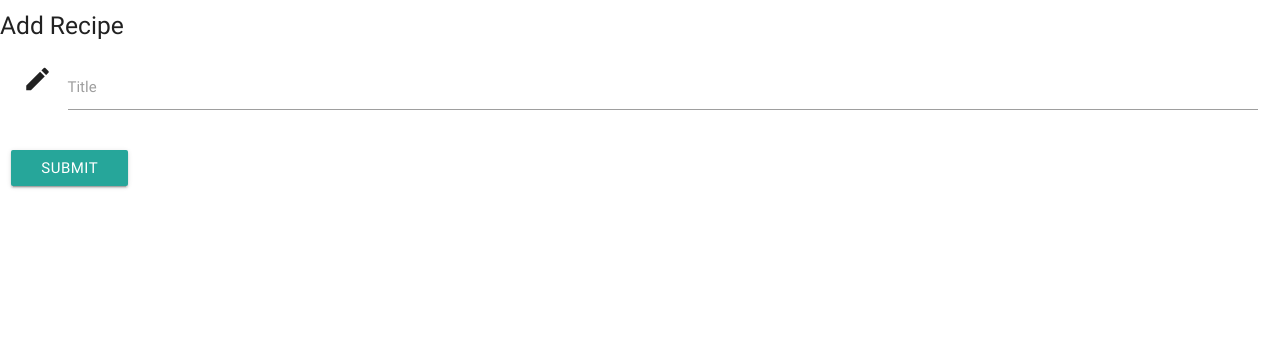
Repository: neillarkin/atari-app
Page: http://localhost/add_recipe
The author's editor kept a record of every edit. The page is drawn from the files as they stood at one moment, then again after the next edit.
The browser window is 1280 px wide. The pictures show the whole page.
The page is served by the project's application, run on Flask 3 (run.py). Queries for data that is not in the repository find no rows.

Above is the page before.

### templates/add_recipe.html
{% extends 'base.html' %} {% block content %}

<h5>Add Recipe</h5>
<div class="row">
  <form action="{{ url_for('create_recipe') }}" method="POST" class="col s12">

    <div class="row">
      <div class="input-field col s12">
        <i class="material-icons prefix">create</i>
        <input id="input_text" name="recipe_name" type="text" data-length="20" class="validate">
        <label for="input_text">Title</label>
      </div>
    </div>

    <!--<div class="row">-->
    <!--  <div class="input-field col s12">-->
    <!--    <i class="material-icons prefix">subject</i>-->
    <!--    <textarea id="textarea2" class="materialize-textarea" name="description" data-length="40"></textarea>-->
    <!--    <label for="textarea2">Description</label>-->
    <!--  </div>-->
    <!--</div>-->

    <!--<div class="row">-->
    <!--  <div class="input-field col s12">-->
    <!--    <i class="material-icons prefix">filter_list</i>-->
    <!--    <select id="category" name="category_name">-->
    <!--      <option value="" disabled selected>Choose the type</option>-->
    <!--      {% for category in categories %}-->
    <!--        <option value="{{category.category_name}}">{{category.category_name}}</option>-->
    <!--      {% endfor %}-->
    <!--    </select>-->
    <!--    <label>Type of Dish</label>-->
    <!--  </div>-->
    <!--</div>-->


    <div class="row">
      <button class="btn waves-effect waves-light" type="submit">Submit</button>
    </div>
  </form>

</div>
{% endblock %}

### templates/base.html
<!DOCTYPE html>
<html>

<head>
    <link href="https://fonts.googleapis.com/icon?family=Material+Icons" rel="stylesheet">
    <link rel="stylesheet" href="https://cdnjs.cloudflare.com/ajax/libs/materialize/0.100.2/css/materialize.min.css">
</head>

<body>
    {% block content %} {% endblock %}
    <script src="https://code.jquery.com/jquery-3.4.1.min.js" integrity="sha256-CSXorXvZcTkaix6Yvo6HppcZGetbYMGWSFlBw8HfCJo=" crossorigin="anonymous"></script>
    <script src="https://cdnjs.cloudflare.com/ajax/libs/materialize/1.0.0/js/materialize.min.js"></script>
    <script>
        $(document).ready(function() {
            $('.collapsible').collapsible();
            $('input#input_text, textarea#textarea2').characterCounter();
            $('select').formSelect();
            //   $('select').material_select();
        });
    </script>
</body>

</html>

### run.py
import os
from flask import Flask, render_template, redirect, request, url_for
from flask_pymongo import PyMongo
from bson.objectid import ObjectId

app = Flask(__name__)

app.config["MONGO_DBNAME"] = 'recipe_db'
app.config['MONGO_URI'] = 'mongodb+srv://root:r00tUser@myfirstcluster-tbkzy.mongodb.net/recipe_db?retryWrites=true&w=majority'

mongo = PyMongo(app) #constructor method

#route decorator is a URL that redirects to a Python function
@app.route('/')
@app.route('/get_recipes')
def get_tasks():
    return render_template("recipes.html", recipes=mongo.db.recipes.find())

@app.route('/add_recipe')
def add_recipe():
    return render_template('add_recipe.html', categories=mongo.db.categories.find())

@app.route('/create_recipe', methods=['POST'])
def create_recipe():
    recipes = mongo.db.recipes
    recipes.insert_one(request.form.to_dict()) #insert request oject which is our form
    return redirect(url_for('get_recipes'))  # redirect to the get_recipes page to see the new entry


if __name__ == '__main__':
    app.run(host=os.environ.get('IP'),
            port=int(os.environ.get('PORT')),
            debug=True)

After the next edit:
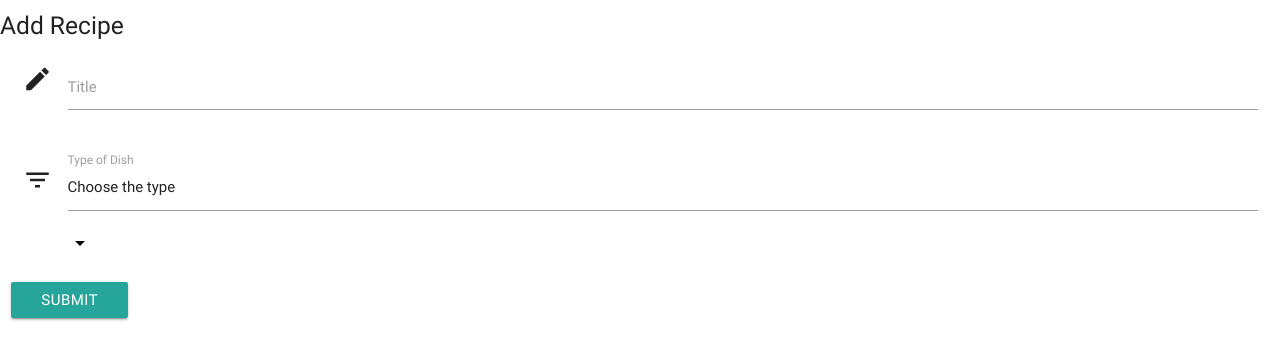
The edit:
--- a/templates/add_recipe.html
+++ b/templates/add_recipe.html
@@ -11,6 +11,20 @@
         <label for="input_text">Title</label>
       </div>
     </div>
+
+  <div class="row">
+      <div class="input-field col s12">
+        <i class="material-icons prefix">filter_list</i>
+        <select id="category" name="category_name">
+          <option value="" disabled selected>Choose the type</option>
+          {% for category in categories %}
+            <option value="{{category.ingredient_name}}">{{category.ingredient_name}}</option>
+          {% endfor %}
+        </select>
+        <label>Type of Dish</label>
+      </div>
+    </div>
+
 
     <!--<div class="row">-->
     <!--  <div class="input-field col s12">-->
